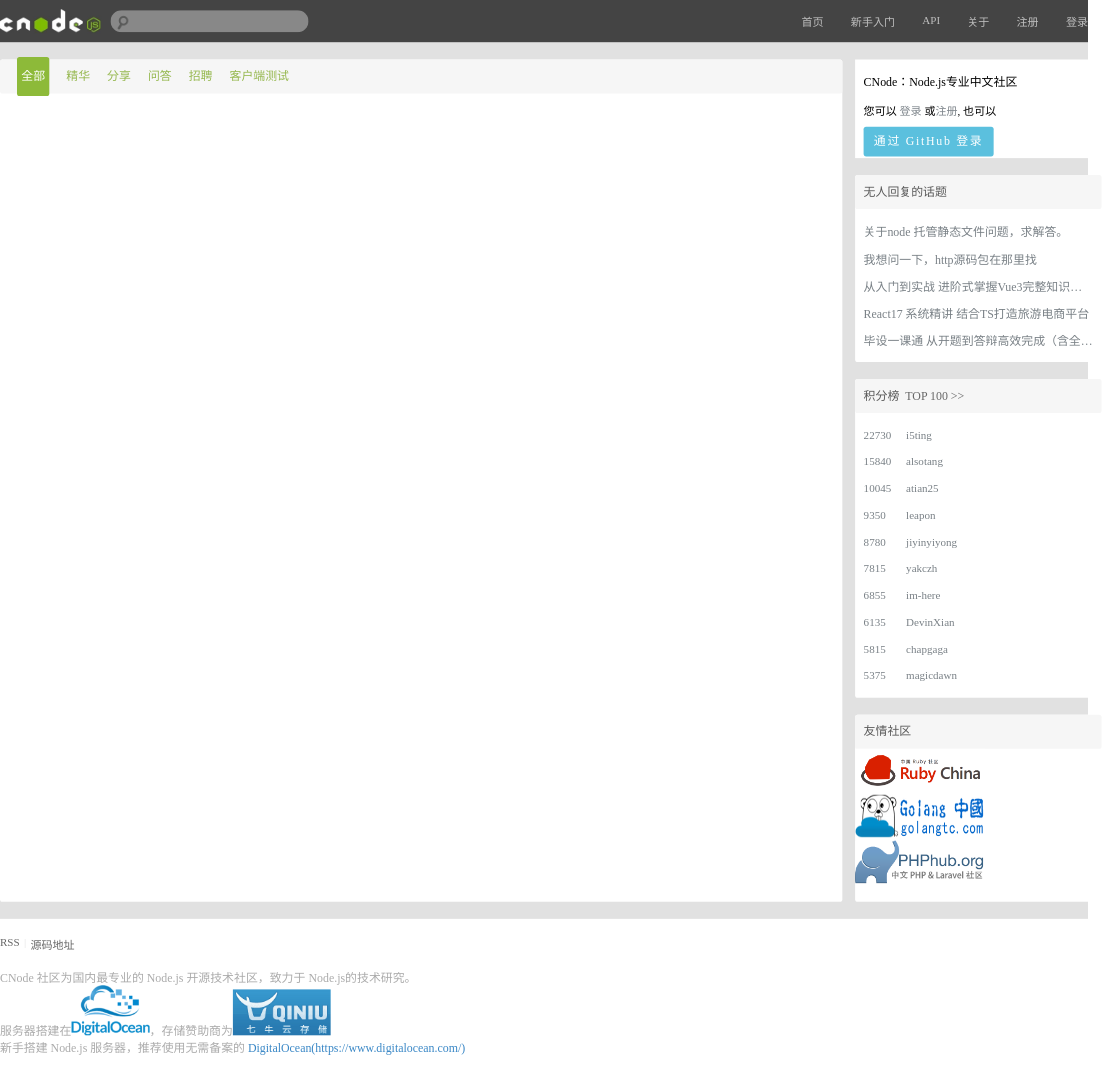
Repository: he-mengyao/pc-cnode-js
Page: /
These files come from the project's save history. The page is drawn as it stood at one moment and after the next save; the edit follows.
The browser window is 1280 px wide. The page is 1296 px wide, so the pictures cover 1296 px, including what lies to the right of the window. The pictures show the whole page, at 85% of full size.
The page's requests for data from a server got no answer. The project was rebuilt for these pictures with package versions that can differ from the ones it lists, and the page was loaded fresh each time. No one was signed in, and anything a server would have sent is missing.

Above is the page before, as saved 2021-06-20 13:35:50.

### src/App.vue
<template>
  <div id="app">
    <router-view />
  </div>
</template>
<style lang="scss">
@import "./styles/base";

body {
  font-size: 13px;
}
</style>

### src/styles/base.scss
* {
    padding: 0;
    margin: 0;
    box-sizing: border-box;
}

.flex {
    display: flex;
}

.flex_b {
    justify-content: space-between;
}

.flex_a {
    justify-content: space-around;
}

.flex_c {
    justify-content: center;
}

.flex_r {
    justify-content: flex-end;
}

.flex_1 {
    flex: 1;
}

.col {
    flex-direction: column;
}

.ai_c {
    align-items: center;
}

.ai_e {
    align-items: flex-end;
}

.ac_c {
    align-content: center;
}

.ac_b {
    align-content: space-between;
}

.ac_a {
    align-content: space-around;
}

.wrap {
    flex-wrap: wrap;
}

.tac {
    text-align: center;
}

.fw {
    font-weight: 700;
}

.pr {
    position: relative;
}

.pa {
    position: absolute;
}

.pf {
    position: fixed;
}

.f12 {
    font-size: 12px;
}

.f14 {
    font-size: 14px;
}

.lh {
    line-height: 100%;
}

.f16 {
    font-size: 16px;
}

.f18 {
    font-size: 18px;
}

.f20 {
    font-size: 20px;
}

.b0 {
    border: 0;
}

input {
    outline: none;
}

img,
input {
    border: 0;
}

.text_overflow {
    overflow: hidden;
    text-overflow: ellipsis;
    white-space: nowrap;
}

.none {
    display: none;
}

.br {
    border-radius: 100%;
}

.cw {
    color: #fff;
}

.f30 {
    font-size: 30px;
}

.cb {
    color: #000000;
}

.cursor {
    cursor: pointer;
}

.w {
    width: 1296px;
    margin: auto;
}

.line-blue:hover {
    text-decoration: underline;
    color: #21557c;
}

.blue:hover {
    color: #405f86;
}

.pd-10 {
    padding: 0 10px;
}

.bgc-hover {
    background-color: #8dba39;
    color: #fff;
    border-radius: 3px;
    padding: 3px 5px;
}

.share {
    background-color: #e5e5e5;
    color: #999999;
    border-radius: 3px;
    padding: 3px 5px;
}

.bradius-3 {
    border-radius: 3px;
}

.active {
    color: #888888;
}

.line:hover {
    text-decoration: underline;
}

.mr-20 {
    margin-top: 20px;
}

.f13 {
    font-size: 13px;
}

.title {
    font-size: 14px;
    height: 40px;
    line-height: 40px;
    background-color: #f6f6f6;
    padding: 0 10px;
    color: #585858;
    border-radius: 3px;
}

.items {
    color: #798086;
    padding: 10px;
}

### src/views/Home.vue
<template>
  <div>
    <shorcut></shorcut>
    <div class="mian">
      <div class="w flex flex_b">
        <fl :arr="arr"></fl>
        <fr></fr>
      </div>
    </div>
    <footerc></footerc>
  </div>
</template>

<script>
import shorcut from "../components/shorcut/Shortcut";
import footerc from "../components/Footerc/footerc";
import fl from "../components/Fl/fl";
import fr from "../components/Fr/fr";
import axios from "../js/axios";
import time from "../js/time";
export default {
  name: "",
  props: {},
  data() {
    return {
      arr: [],
    };
  },
  components: {
    shorcut,
    footerc,
    fl,
    fr,
  },
  methods: {
    getData() {
      axios
        .get("https://cnodejs.org/api/v1/topics")
        .then((res) => {
          this.arr = res.data.data;
          console.log(res.data.data);
        })
        .catch((err) => {
          console.log("请求失败");
        });
    },
  },
  mounted() {
    this.getData();
  },
  computed: {},
  watch: {},
};
</script>

<style lang='scss' scoped>
.mian {
  background-color: #e1e1e1;
  .w {
    padding: 20px 0;
  }
}
</style>

### src/components/shorcut/Shortcut.vue
<template>
  <div>
    <div class="shorcut">
      <div class="w flex flex_b ai_c">
        <div class="fl flex">
          <div class="flex ai_c">
            <img src="../../assets/images/logo.jpg" alt="" class="cursor" />
            <input type="text" />
          </div>
          <div></div>
        </div>
        <div class="fr flex">
          <div class="cursor">首页</div>
          <div class="cursor">新手入门</div>
          <div class="cursor">API</div>
          <div class="cursor">关于</div>
          <div class="cursor">注册</div>
          <div class="cursor">登录</div>
        </div>
      </div>
    </div>
  </div>
</template>

<script>
export default {
  name: "",
  props: {},
  data() {
    return {};
  },
  components: {},
  methods: {},
  mounted() {},
  computed: {},
  watch: {},
};
</script>

<style lang='scss' scoped>
.shorcut {
  height: 50px;
  background-color: #444444;
  .w {
    width: 1296px;
    margin: 0 auto;
    height: 50px;
    .fl {
      img {
        width: 120px;
        height: 28px;
      }
      input {
        width: 233px;
        height: 26px;
        margin-left: 10px;
        padding-left: 25px;
        border-radius: 13px;
        background-color: #888888;
        background-image: url(../../assets/images/btn.png);
        background-position: 5px 5px;
        background-repeat: no-repeat;
        &:hover {
          background-color: #fff;
        }
      }
    }
    .fr {
      color: #bfbfbf;
      div {
        margin: 0 16px;
        &:hover {
          color: #fff;
        }
      }
    }
  }
}
</style>

### src/components/Footerc/footerc.vue
<template>
  <div>
    <div class="footer w">
      <div class="links cursor blue flex">
        <div>RSS</div>
        <span>|</span>
        <div>源码地址</div>
      </div>
      <div class="serve flex col flex_c">
        <div>
          CNode 社区为国内最专业的 Node.js 开源技术社区，致力于
          Node.js的技术研究。
        </div>
        <div>
          服务器搭建在<img
            src="../../assets/images/digitalocean.png"
            alt=""
            class="di cursor"
            title="digitalocean"
          />，存储赞助商为<img
            src="../../assets/images/qiniu.png"
            alt=""
            class="qiniu cursor"
            title="七牛云存储"
          />
        </div>
        <div>
          新手搭建 Node.js 服务器，推荐使用无需备案的
          <span class="cursor line-blue a"
            >DigitalOcean(https://www.digitalocean.com/)</span
          >
        </div>
      </div>
    </div>
  </div>
</template>

<script>
export default {
  name: "",
  props: {},
  data() {
    return {};
  },
  components: {},
  methods: {},
  mounted() {},
  computed: {},
  watch: {},
};
</script>

<style lang='scss' scoped>
.footer {
  height: 195px;
  padding: 20px 0;
  .links {
    color: #666666;
    div:hover {
      color: #405f86;
    }
    span {
      margin: 0 5px;
      color: #e2e2e2;
    }
  }
  .serve {
    height: 140px;
    font-size: 14px;
    color: #ababab;
    .di {
      width: 92px;
      height: 59px;
    }
    .qiniu {
      width: 115px;
      height: 54px;
    }
    span {
      color: #3987c6;
      &:hover {
        text-decoration: underline;
        color: #21557c;
      }
    }
  }
}
</style>

### src/components/Fl/fl.vue
<template>
  <div class="fl bradius-3">
    <div class="title flex pd-10 ai_c bradius-3">
      <div class="bgc-hover">全部</div>
      <div class="cursor blue">精华</div>
      <div class="cursor blue">分享</div>
      <div class="cursor blue">问答</div>
      <div class="cursor blue">招聘</div>
      <div class="cursor blue">客户端测试</div>
    </div>
    <div class="bd">
      <div
        v-for="(item, index) in arr"
        :key="index"
        class="flex flex_b bd-items ai_c pd-10"
      >
        <div class="flex ai_c">
          <div class="author cursor">
            <img
              :src="item.author.avatar_url"
              alt=""
              :title="item.author.loginname"
            />
          </div>
          <div class="count flex ai_c flex_c">
            <div class="reply-count" title="回复数">
              {{ item.reply_count }}
            </div>
            <span>/</span>
            <div class="visit-count" title="点击数">
              {{ item.visit_count }}
            </div>
          </div>
          <div>
            <div v-if="item.top === true" class="bgc-hover">置顶</div>
            <div v-else-if="item.tab === 'share'" class="share">分享</div>
            <div v-else class="share">问答</div>
          </div>
          <div
            class="bd-title f16 cursor line"
            @click="click(item, index)"
            :class="{ active: index === num }"
            :title="item.title"
          >
            {{ item.title }}
          </div>
        </div>
        <div class="flex timecount f12">{{ countTime(item.create_at) }}</div>
      </div>
    </div>
  </div>
</template>

<script>
export default {
  name: "",
  props: {
    arr: Array,
  },
  data() {
    return {
      num: -1,
    };
  },
  components: {},
  methods: {
    click(item, index) {
      this.num = index;
    },
    countTime(a) {
      let nowTime = new Date();
      let nowTimes = nowTime.getTime();
      let lastTimes = new Date(a).getTime();
      let time = nowTimes - lastTimes;
      let seconds = time / 1000;
      let minutes = time / 1000 / 60;
      let hours = time / 1000 / 60 / 60;
      let days = time / 1000 / 60 / 60 / 24;
      let months = time / 1000 / 60 / 60 / 24 / 30;
      let years = time / 1000 / 60 / 60 / 24 / 30 / 12;
      let result = "";
      if (years >= 1) {
        result = `${Math.floor(years)}年前`;
      } else if (months >= 1) {
        result = `${Math.floor(months)}月前`;
      } else if (days >= 1) {
        result = `${Math.floor(days)}天前`;
      } else if (hours >= 1) {
        result = `${Math.floor(hours)}小时前`;
      } else if (minutes >= 1) {
        result = `${Math.floor(minutes)}分钟前`;
      } else {
        result = `刚刚`;
      }
      return result;
    },
  },
  mounted() {},
  computed: {},
  watch: {},
};
</script>

<style lang='scss' scoped>
.fl {
  width: 991px;
  background-color: #fff;
  .title {
    height: 40px;
    background-color: #f6f6f6;
    color: #96b84f;
    div {
      margin: 0 10px;
    }
  }
  .bd {
    background-color: #fff;
    .bd-items {
      height: 50px;
      .author img {
        height: 30px;
        width: 30px;
      }
      .count {
        width: 70px;
        .reply-count {
          color: #9e78c0;
          font-size: 14px;
        }
        span {
          font-size: 12px;
        }
        .visit-count {
          font-size: 12px;
          color: #b4b4b4;
        }
      }
      .bd-title {
        color: #333;
        margin-left: 5px;
      }
    }
    .timecount {
      color: #778087;
    }
  }
}
</style>

### src/components/Fr/fr.vue
<template>
  <div class="fr">
    <div class="inner pd-10">
      <div class="f14 p1 flex ai_c">CNode：Node.js专业中文社区</div>
      <div class="f13 p2">
        您可以
        <span class="line">登录</span>
        或<span class="line">注册</span>, 也可以
      </div>
      <div class="f14 login bradius-3">通过 GitHub 登录</div>
    </div>
    <div class="panel mr-20 bradius-3">
      <div class="title">无人回复的话题</div>
      <div class="flex item col flex_a pd-10 f14 items">
        <div class="text_overflow">关于node 托管静态文件问题，求解答。</div>
        <div class="text_overflow">我想问一下，http源码包在那里找</div>
        <div class="text_overflow">从入门到实战 进阶式掌握Vue3完整知识体系</div>
        <div class="text_overflow">React17 系统精讲 结合TS打造旅游电商平台</div>
        <div class="text_overflow">
          毕设一课通 从开题到答辩高效完成（含全栈项目）
        </div>
      </div>
    </div>
    <div class="panel mr-20 bradius-3">
      <div class="title">
        积分榜&nbsp;
        <span class="top">TOP 100 >></span>
      </div>
      <div class="flex col flex_a pd-10 rank f13 items">
        <div><span>22730</span>i5ting</div>
        <div><span>15840</span>alsotang</div>
        <div><span>10045</span>atian25</div>
        <div><span>9350 </span>leapon</div>
        <div><span>8780 </span>jiyinyiyong</div>
        <div><span>7815 </span>yakczh</div>
        <div><span>6855 </span>im-here</div>
        <div><span>6135 </span>DevinXian</div>
        <div><span>5815 </span>chapgaga</div>
        <div><span>5375 </span>magicdawn</div>
      </div>
    </div>
    <div class="panel mr-20 bradius-3">
      <div class="title">友情社区</div>
      <div class="links">
        <div>
          <img src="../../assets/images/ruby-china-20150529.png" alt="" />
        </div>
        <div><img src="../../assets/images/golangtc-logo.png" alt="" /></div>
        <div>
          <img src="../../assets/images/phphub-logo.png" alt="" />
        </div>
      </div>
    </div>
  </div>
</template>

<script>
export default {
  name: "",
  props: {},
  data() {
    return {};
  },
  components: {},
  methods: {},
  mounted() {},
  computed: {},
  watch: {},
};
</script>

<style lang='scss' scoped>
.fr {
  width: 290px;
  .inner {
    height: 116px;
    background-color: #fff;
    .p1 {
      height: 50px;
    }
    span {
      color: #7e858b;
    }
    .login {
      width: 153px;
      height: 35px;
      line-height: 35px;
      text-align: center;
      background-color: #5bc0de;
      color: #fff;
      margin-top: 10px;
      letter-spacing: 2px;
    }
  }
  .panel {
    background-color: #fff;
    .item {
      height: 180px;
    }
    .top {
      color: #666666;
    }
    .rank {
      height: 335px;
      span {
        display: inline-block;
        width: 50px;
      }
    }
    .links {
      height: 180px;
      img {
        height: 50px;
        width: 153px;
      }
    }
  }
}
</style>

### src/js/time.js
function countTime(a) {
    let nowTime = new Date()
    let nowTimes = nowTime.getTime()
    let lastTimes = new Date(a).getTime()
    let time = nowTimes - lastTimes
    let seconds = time / 1000
    let minutes = time / 1000 / 60
    let hours = time / 1000 / 60 / 60
    let days = time / 1000 / 60 / 60 / 24
    let months = time / 1000 / 60 / 60 / 24 / 30
    let years = time / 1000 / 60 / 60 / 24 / 30 / 12
    let result = ''
    if (years >= 1) {
        result = `${Math.floor(years)}年前`
    } else if (months >= 1) {
        result = `${Math.floor(months)}月前`
    } else if (days >= 1) {
        result = `${Math.floor(days)}天前`
    } else if (hours >= 1) {
        result = `${Math.floor(hours)}小时前`
    } else if (minutes >= 1) {
        result = `${Math.floor(minutes)}分钟前`
    } else {
        result = `刚刚`
    }
    return result
}

Loaded but not shown: public/index.html (common file); src/main.js (common file); src/router/index.js (common file); src/store/index.js (common file); src/js/axios.js (1756 lines, source omitted)

After the next save:
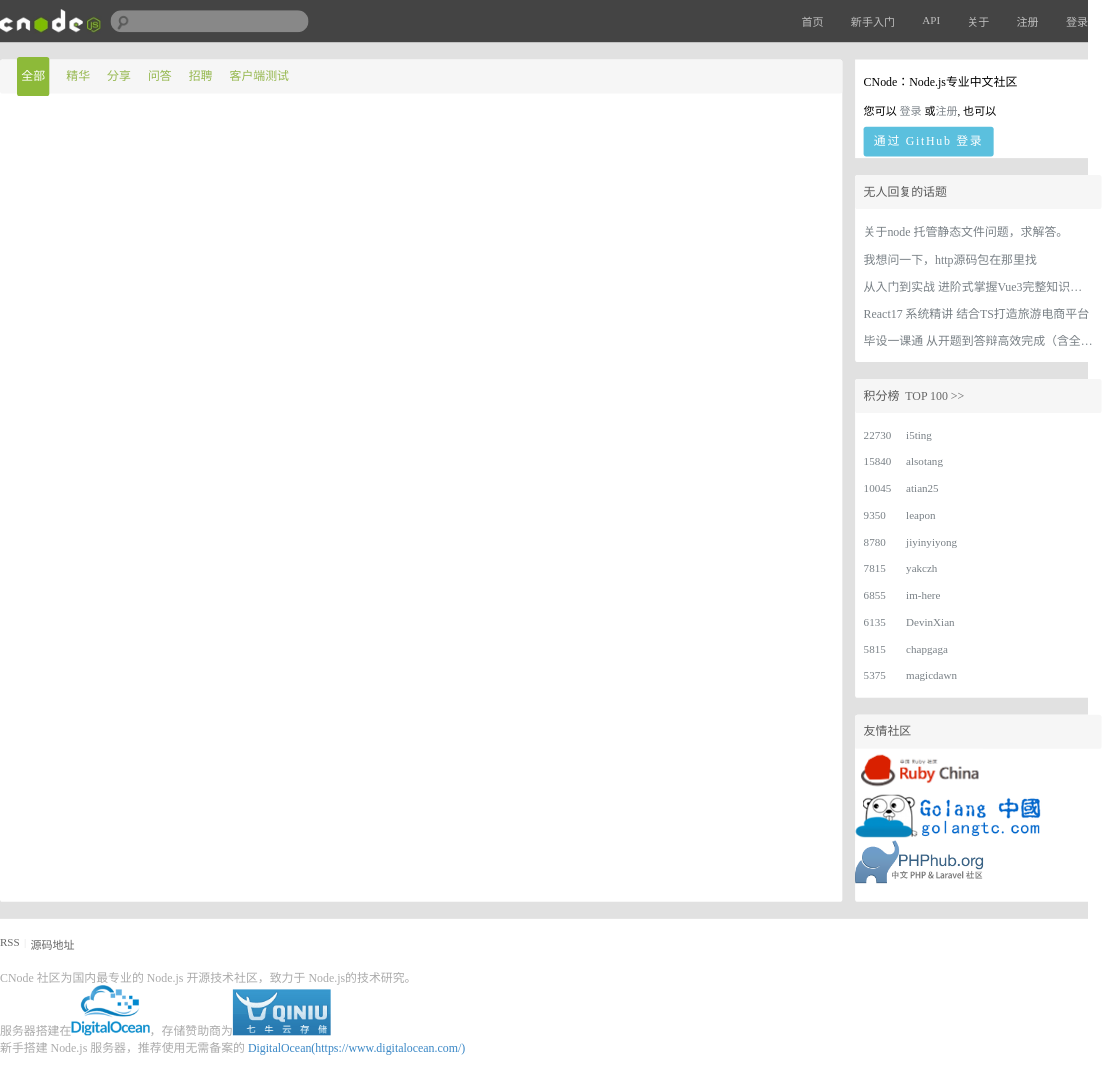
Saved 32 s later.
--- a/src/components/Fr/fr.vue
+++ b/src/components/Fr/fr.vue
@@ -45,7 +45,13 @@
         <div>
           <img src="../../assets/images/ruby-china-20150529.png" alt="" />
         </div>
-        <div><img src="../../assets/images/golangtc-logo.png" alt="" /></div>
+        <div>
+          <img
+            src="../../assets/images/golangtc-logo.png"
+            alt=""
+            class="img2"
+          />
+        </div>
         <div>
           <img src="../../assets/images/phphub-logo.png" alt="" />
         </div>
@@ -111,7 +117,9 @@
       height: 180px;
       img {
         height: 50px;
-        width: 153px;
+        .img2 {
+          height: 40px;
+        }
       }
     }
   }
